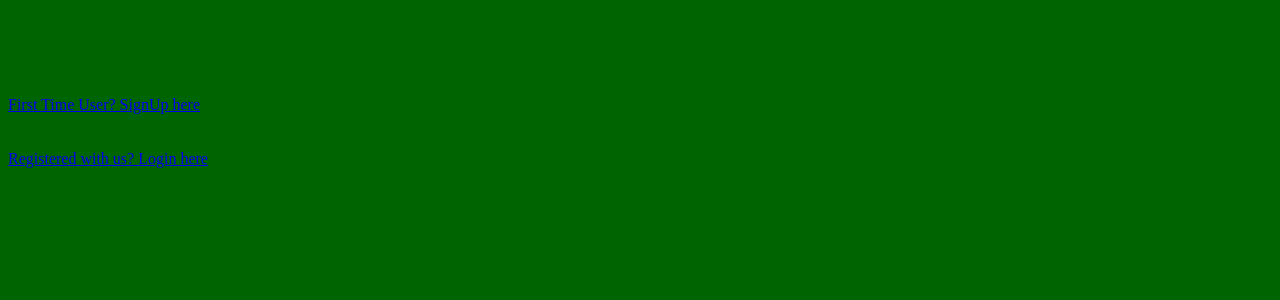
Repository: sultanaNargis03/IndustryReadyJavaSpringBoot
Page: Servlet/workspace/Learningportal/src/main/webapp/index.html
The author's editor kept a copy of each file at every save. The page is drawn from the files as they stood at one save, then again after the next save.
The browser window is 1280 px wide. The pictures show the whole page.

Above is the page before, as saved 2023-12-07 15:11:36.

### Servlet/workspace/Learningportal/src/main/webapp/index.html
<!DOCTYPE html>
<html>
<head>
<meta charset="ISO-8859-1">
<title>Landing page</title>
</head>
<body style="align-content: center" bgcolor="darkgreen">
<h1><marquee>Welcome to our App</marquee></h1>
<a href='register.html'>First Time User? SignUp here</a><br/><br/><br/>
<a href='login.html'>Registered with us? Login here</ahref='register.html'>
</body>
</html>

After the next save:
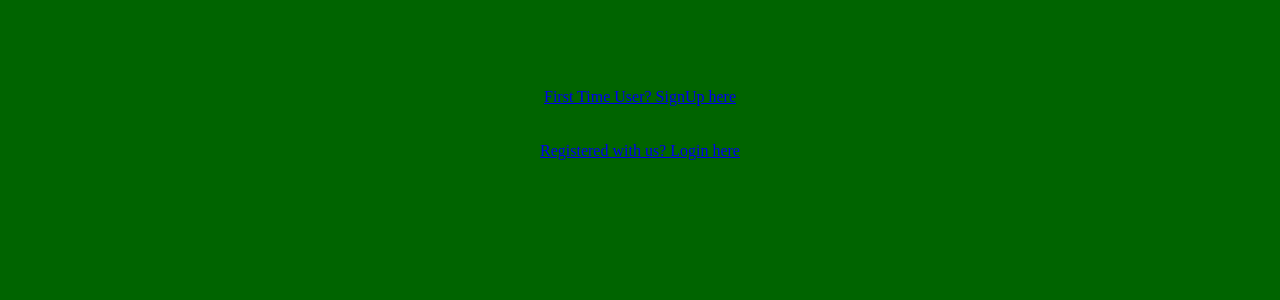
Saved 92 s later.
--- a/Servlet/workspace/Learningportal/src/main/webapp/index.html
+++ b/Servlet/workspace/Learningportal/src/main/webapp/index.html
@@ -4,7 +4,7 @@
 <meta charset="ISO-8859-1">
 <title>Landing page</title>
 </head>
-<body style="align-content: center" bgcolor="darkgreen">
+<body style="text-align: center" bgcolor="darkgreen">
 <h1><marquee>Welcome to our App</marquee></h1>
 <a href='register.html'>First Time User? SignUp here</a><br/><br/><br/>
 <a href='login.html'>Registered with us? Login here</ahref='register.html'>
